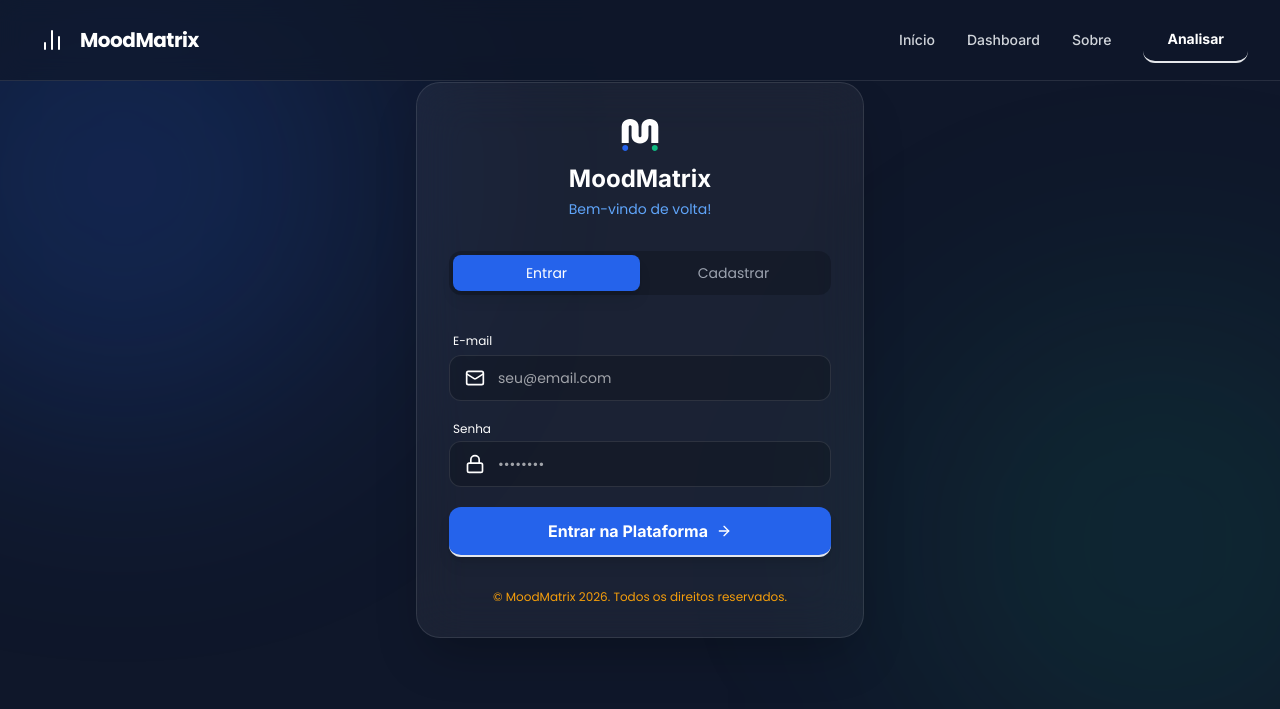
Repository: Hackaton-ONE/hackathon-Frontend
Page: /login
An editor plug-in stored every save of this project. The page is shown before and after a run of saves, followed by the edit.
The browser window is 1280 px wide. The pictures show the whole page.
The project was rebuilt for these pictures with package versions that can differ from the ones it lists, and the page was loaded fresh each time. The framework's server and built-in components were replaced by stand-ins that run in the browser. Also part of the build but not shown: next.config.ts.

Above is the page before, as saved 2026-01-01 14:37:37.

After the next 2 saves:
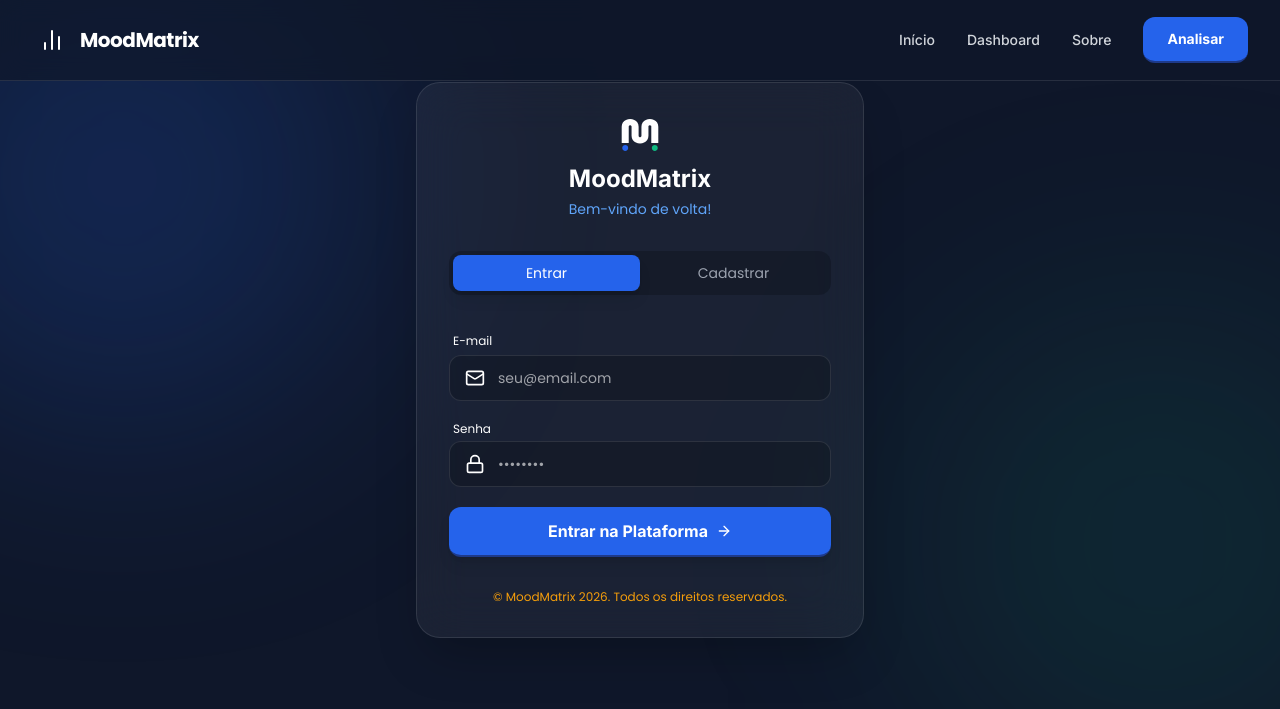
The 2 saves are shown as one change because they came seconds apart.
The last was saved 7 s later.
--- a/components/Button.tsx
+++ b/components/Button.tsx
@@ -10,7 +10,7 @@ export function Button({ variant = "primary", className = "", children, ...props
   const baseStyles = "px-6 py-3 rounded-xl font-bold transition-all duration-200 flex items-center justify-center gap-2 active:scale-[0.98]";
 
   const variants = {
-    primary: " text-white border-b-2 hover:brightness-110 active:border-b-0 active:translate-y-1",
+    primary: "bg-blue-default text-white border-b-2 border-blue-dark hover:brightness-110 active:border-b-0 active:translate-y-1",
 
     // Outline (Borda simples)
     outline: "bg-transparent border-2 border-white/20 text-white hover:bg-white/5 hover:border-white/40",
